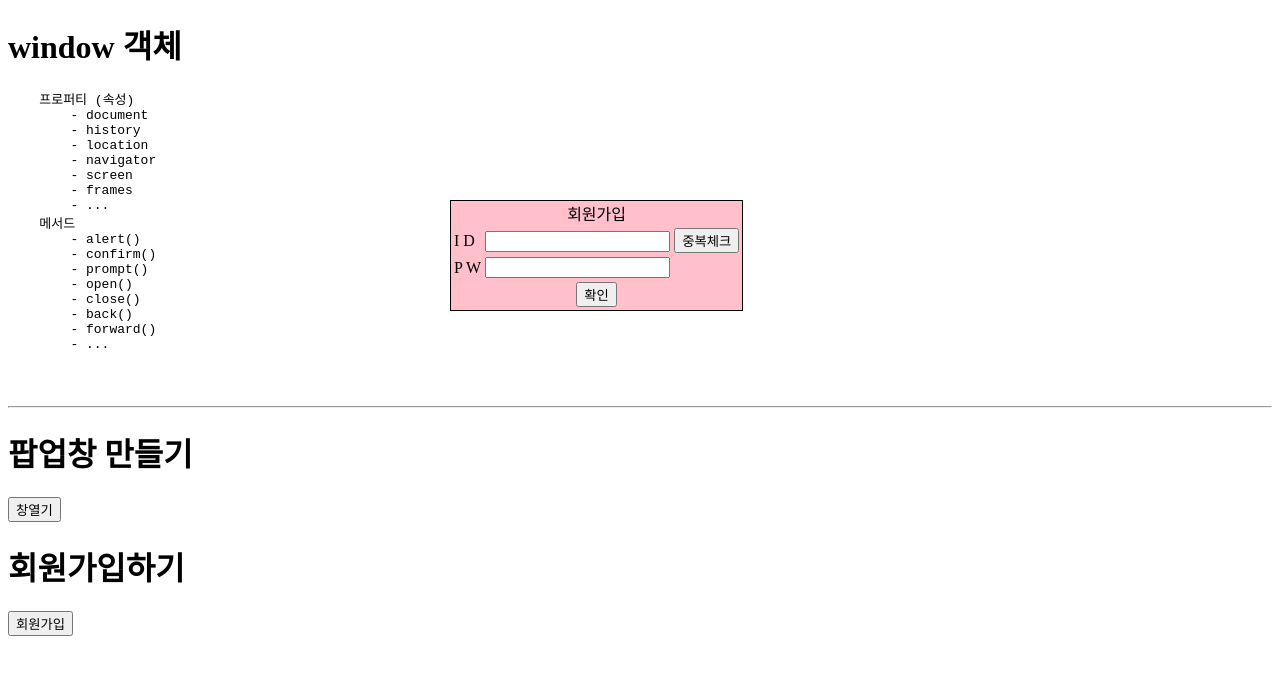
Repository: junewjdtn/TIL
Page: HTML+CSS/html_vscode_UI/4_JS_ec/JS/WebContent/js20_window01.html
These files come from the project's save history. The page is drawn as it stood at one moment and after the next save; the edit follows.
The browser window is 1280 px wide. The pictures show the whole page.
After loading, the first visible `button[onclick="registForm();"]` was clicked once.

Above is the page before, as saved 2022-05-18 04:21:50.

### HTML+CSS/html_vscode_UI/4_JS_ec/JS/WebContent/js20_window01.html
<!DOCTYPE html>
<html lang="ko">
<head>
    <meta charset="UTF-8">
    <meta http-equiv="X-UA-Compatible" content="IE=edge">
    <meta name="viewport" content="width=device-width, initial-scale=1.0">
    <title>window01</title>
    <style>
    	#regist{
    		border: 1px solid black;
    		background:pink;
    		position: absolute;
    		top: 200px;
    		left: 450px;
    		display: none;

    		/* visivility: hidden; */
    		/* display와 비슷하지만 공백이 추가 된다.(display는 실행조차를 하지 않지만 visivility는 요소를 나타내기 때문에 공백이 생김) */
    	}
    </style>
    <script>
        function openWin(){
            window.open("js20_window02.html", "", "width=500px, height=500px");
        }
        function registForm(){
        	document.getElementById("regist").style.display="block";
        }
    </script>
</head>
<body>
    <h1>window 객체</h1>
    <pre>
    프로퍼티 (속성)
        - document
        - history
        - location
        - navigator
        - screen
        - frames
        - ...
    메서드
        - alert()
        - confirm()
        - prompt()
        - open()
        - close()
        - back()
        - forward()
        - ...
    </pre>
    <br><hr>
    <div>
        <h1>팝업창 만들기</h1>
        <button onclick="openWin();" name="btn">창열기</button>
        <div id="tt"></div>
        <h1>회원가입하기</h1>
        <button onclick="registForm();" name="btn">회원가입</button>
    </div>

       	<!-- 회원가입폼 시작 -->
    <div id="regist">
    	<form>
    		<table>
    			<caption>회원가입</caption>
    			<tr>
    				<td>I  D</td>
    				<td>
    					<input type="text" name="id">
    					<input type="button" value="중복체크">
    				</td>
    			</tr>
    			<tr>
    				<td>P  W</td>
    				<td>
    					<input type="password" name="pw" style="color:red;">
    				</td>
    			</tr>
    			<tr>
    				<td colspan="2" align="center">
    					<input type="button" value="확인" onclick="">
    				</td>
    			</tr>
    		</table>
    	</form>
    </div>
</body>
</html>

After the next save:
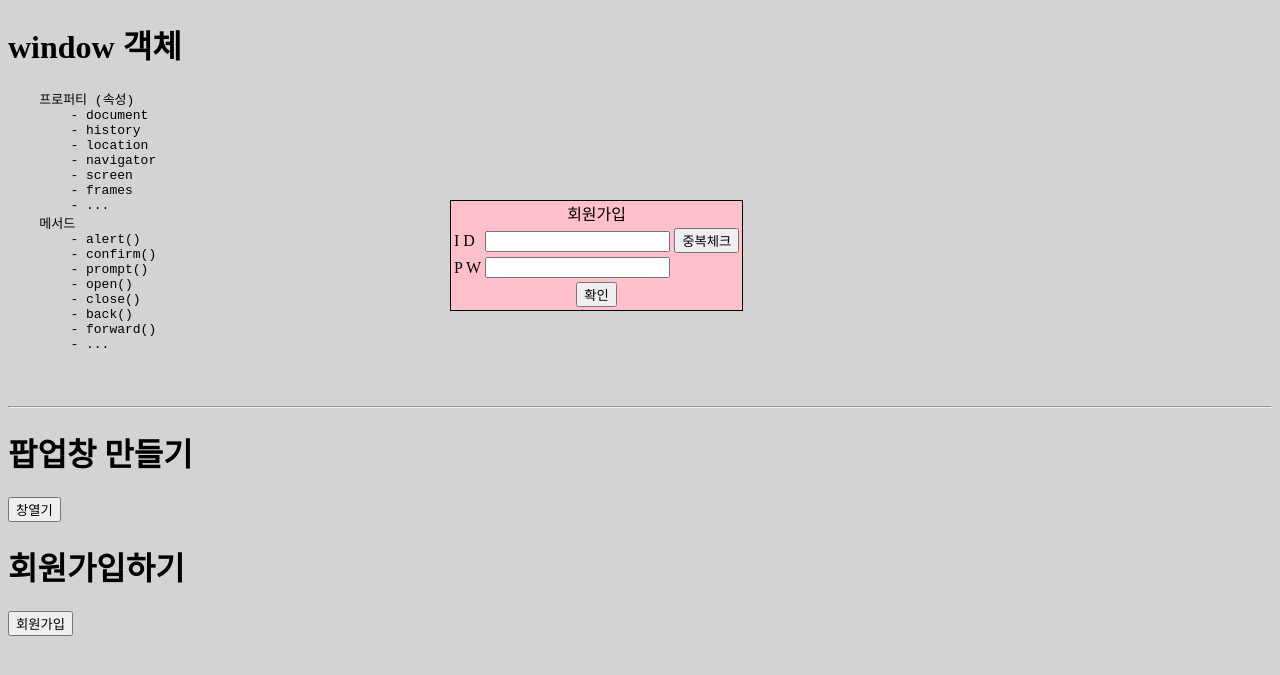
Saved 92 s later.
--- a/HTML+CSS/html_vscode_UI/4_JS_ec/JS/WebContent/js20_window01.html
+++ b/HTML+CSS/html_vscode_UI/4_JS_ec/JS/WebContent/js20_window01.html
@@ -24,6 +24,7 @@
         }
         function registForm(){
         	document.getElementById("regist").style.display="block";
+        	document.body.style.background = "lightgray";
         }
     </script>
 </head>
